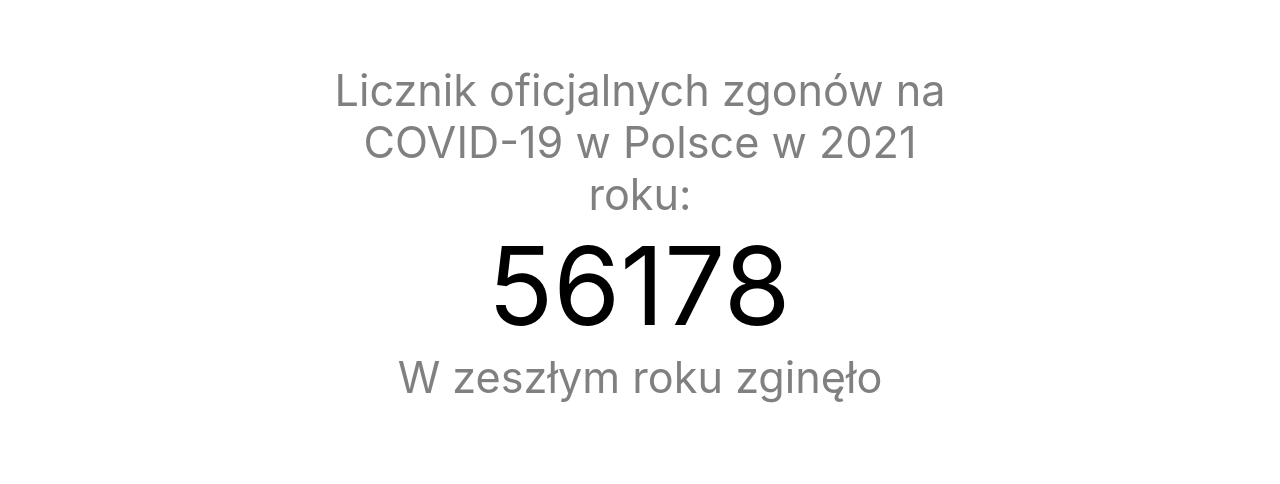
Repository: michalgornicki/poland-covid
Page: /
These files come from the project's save history. The page is drawn as it stood at one moment and after a run of saves; the edit follows.
The browser window is 1280 px wide. The pictures show the whole page.
The project was rebuilt for these pictures with package versions that can differ from the ones it lists, and the page was loaded fresh each time.

Above is the page before, as saved 2021-12-04 19:11:59.

### src/App.jsx
import React, { useEffect } from 'react';
import './App.css';

function App() {



  const startTime = () => {
    const date = new Date();
    let miliseconds = date.getTime();
    let seconds = Math.round(miliseconds/1000);
    let hours = seconds/3600;
    let thisYearHours = Math.round(hours - 447056);
    let thisYearSeconds = Math.round(seconds - 1609401600)

    let deaths = Math.round(thisYearSeconds*0.00192110763);
    document.getElementsByClassName('counter')[0].innerHTML =  deaths;
    setTimeout(startTime, 1000);
  }

  useEffect(() => {
    startTime()
  });

  return (
    <p>
      <div className="text-container">
      <div className="header">Licznik oficjalnych zgonów na COVID-19 w Polsce w 2021 roku:</div>
      <div className="counter">{""}</div>

      <div className="header">W zeszłym roku zginęło</div>


      </div>
    </p>
  );
}

export default App;

### src/App.css
.text-container{
    margin-top: 5%;
}

.header{
    font-size: 6vmin;
    display: block;
    margin: auto;
    width: 50%;
    text-align: center;
    color: gray;
}

.counter{
    font-size: 15vmin;
    display: block;
    margin: auto;
    width: 50%;
    text-align: center;
}

Loaded but not shown: public/index.html (common file); src/index.js (common file); src/index.css (common file); src/reportWebVitals.js (common file)

After the next 5 saves:
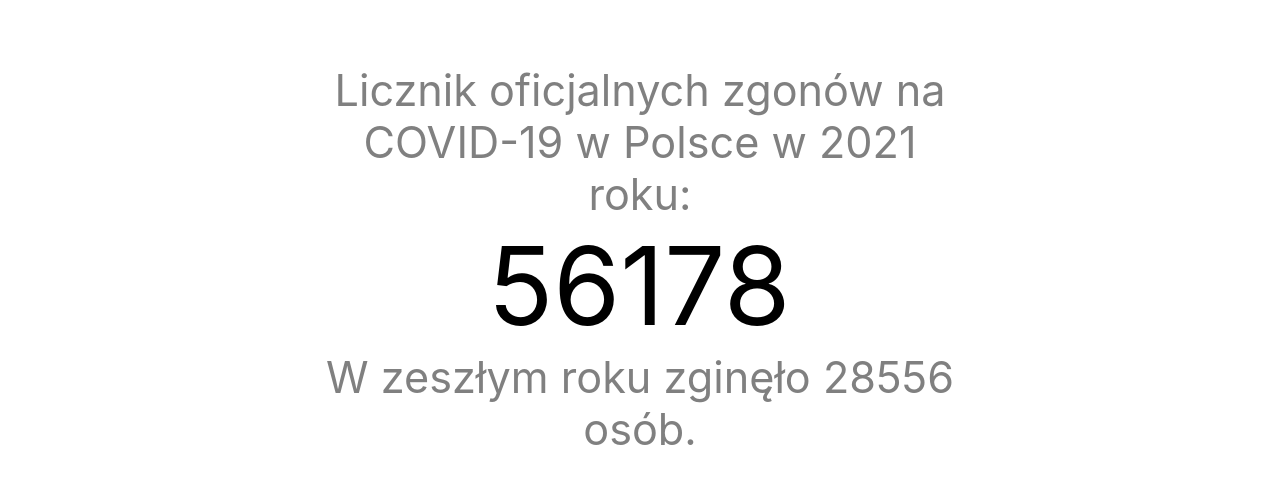
The 5 saves are shown as one change because they came seconds apart.
The last was saved 42 s later.
--- a/src/App.jsx
+++ b/src/App.jsx
@@ -28,7 +28,7 @@ function App() {
       <div className="header">Licznik oficjalnych zgonów na COVID-19 w Polsce w 2021 roku:</div>
       <div className="counter">{""}</div>
 
-      <div className="header">W zeszłym roku zginęło</div>
+      <div className="header">W zeszłym roku zginęło 28556 osób.</div>
 
 
       </div>
